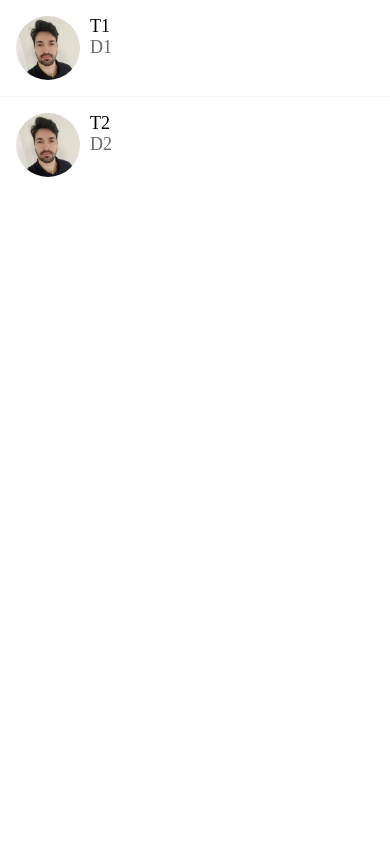
Repository: georgehgfonseca/F05-Trena-Native
Screen: /
The author's editor kept a copy of each file at every save. The screen is drawn from the files as they stood at one save, then again after the next save.
The app was drawn by React Native's web renderer in a window 390 px wide. The project was rebuilt for these pictures with package versions that can differ from the ones it lists, and the page was loaded fresh each time. Some packages were replaced by stand-ins written for this rebuild.

Above is the screen before, as saved 2022-10-13 22:20:44.

After the next save:
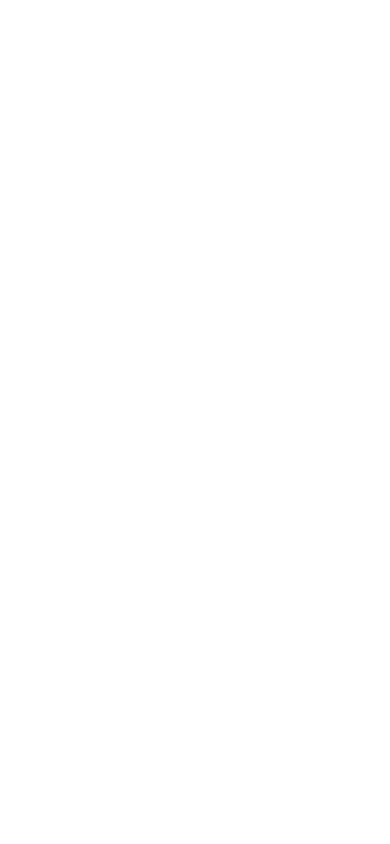
Saved 24 s later.
--- a/app/screens/MessagesScreen.tsx
+++ b/app/screens/MessagesScreen.tsx
@@ -30,6 +30,7 @@
 ];
 
 export default function MessagesScreen(props: any) {
+  const [messages, setMessages] = useState<Message[]>([]);
   const handleDelete = (message: Message) => {
     // Delete the message locally
     // Delete the message on the server

After the save that followed:
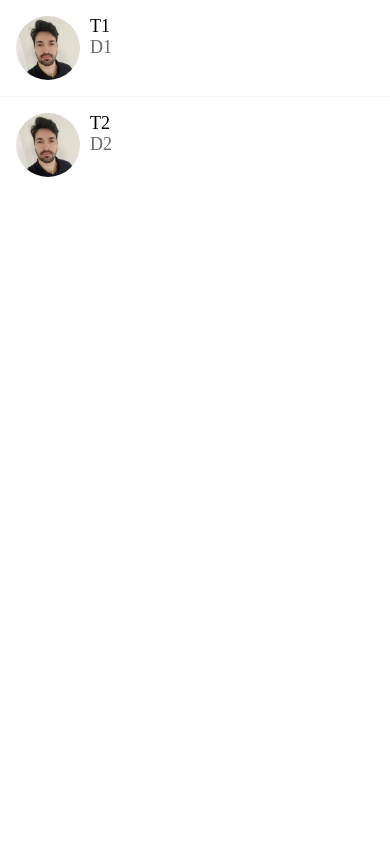
Saved 60 s later.
--- a/app/screens/MessagesScreen.tsx
+++ b/app/screens/MessagesScreen.tsx
@@ -30,7 +30,7 @@
 ];
 
 export default function MessagesScreen(props: any) {
-  const [messages, setMessages] = useState<Message[]>([]);
+  const [initialMessages, setInitialMessages] = useState<Message[]>([]);
   const handleDelete = (message: Message) => {
     // Delete the message locally
     // Delete the message on the server
